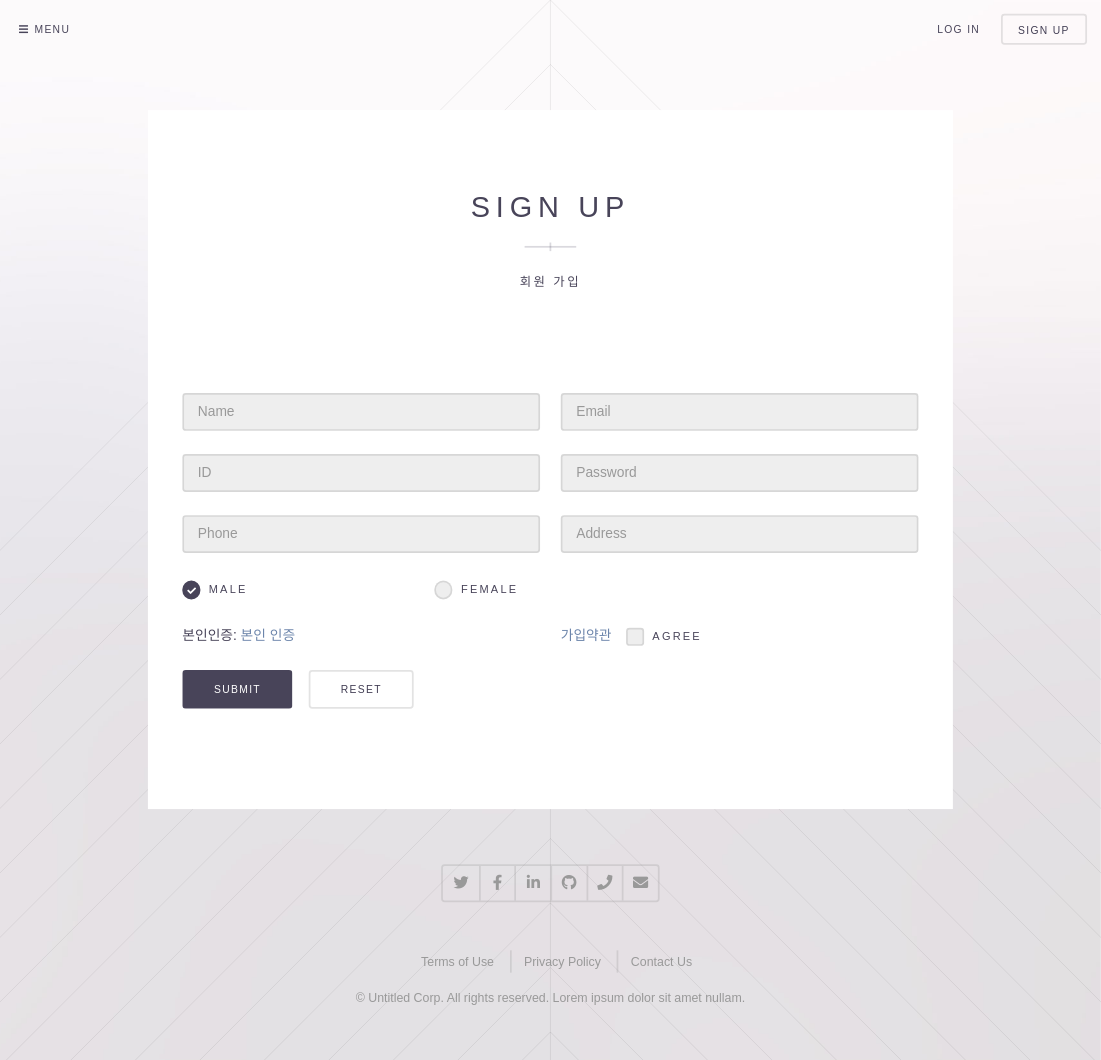
Repository: WKMoon/JavaScript-Project
Page: myFront/WebContent/signup.html
These files come from the project's save history. The page is drawn as it stood at one moment and after the next save; the edit follows.
The browser window is 1280 px wide. The pictures show the whole page, at 86% of full size.
Some web fonts or font styles are not loaded; a fallback is used.

Above is the page before, as saved 2021-03-01 22:52:45.

After the next save:
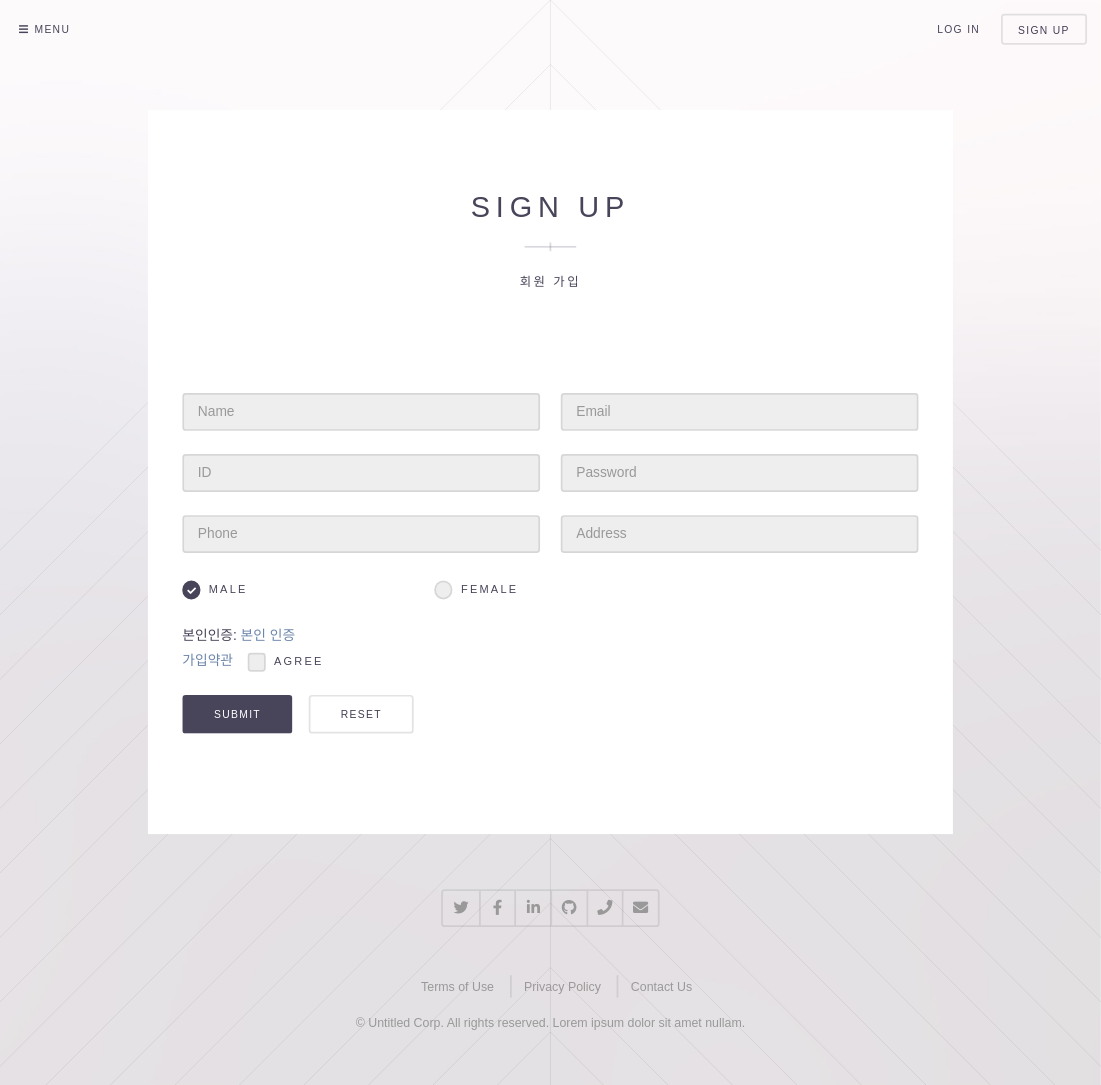
Saved 23 s later.
--- a/myFront/WebContent/signup.html
+++ b/myFront/WebContent/signup.html
@@ -82,6 +82,8 @@
 													<a href="identification.html"style="text-decoration: none;">본인 인증</a>
 												</div>
 
+												<div class="col-6 col-12-small"></div>
+
 												<div class="col-6 col-12-small">
 													<a href="agreement.html"style="text-decoration: none;">가입약관</a>
 													<input type="checkbox" id="agree" name="agree">
